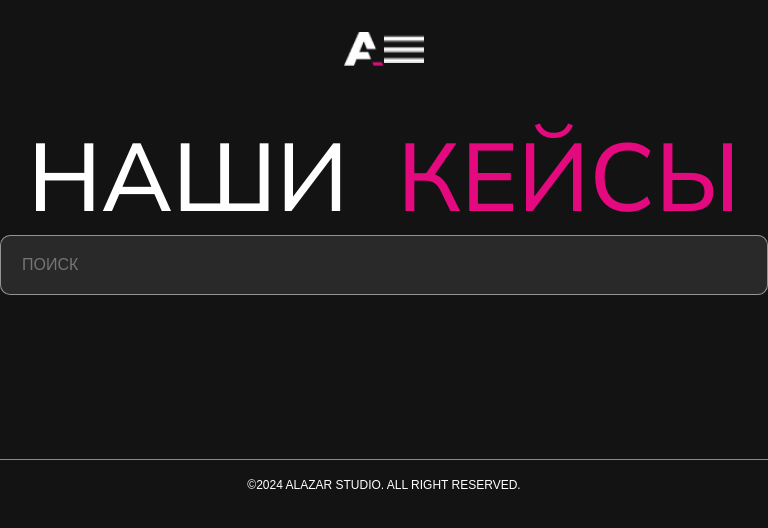
Repository: AlazarStudio/alazar_studio
Page: /cases
An editor plug-in stored every save of this project. The page is shown before and after the next save, followed by the edit.
The browser window is 768 px wide. The pictures show the whole page.
The page's requests for data from a server got no answer. The project was rebuilt for these pictures with package versions that can differ from the ones it lists, and the page was loaded fresh each time. No one was signed in, and anything a server would have sent is missing. Also part of the build but not shown: vite.config.js, src/Components/Pages/Non_Found_Page.jsx, src/Components/Standart/CenterBlock/CenterBlock.module.css, src/Components/Standart/CenterBlock/CenterBlock.jsx, src/Components/Standart/WidthBlock/WidthBlock.module.css, src/Components/Standart/WidthBlock/WidthBlock.jsx, src/Components/Pages/HomePage/HomePage.module.css, src/Components/Pages/HomePage/HomePage.jsx and 13 more.

Above is the page before, as saved 2025-05-06 16:13:37.

After the next save:
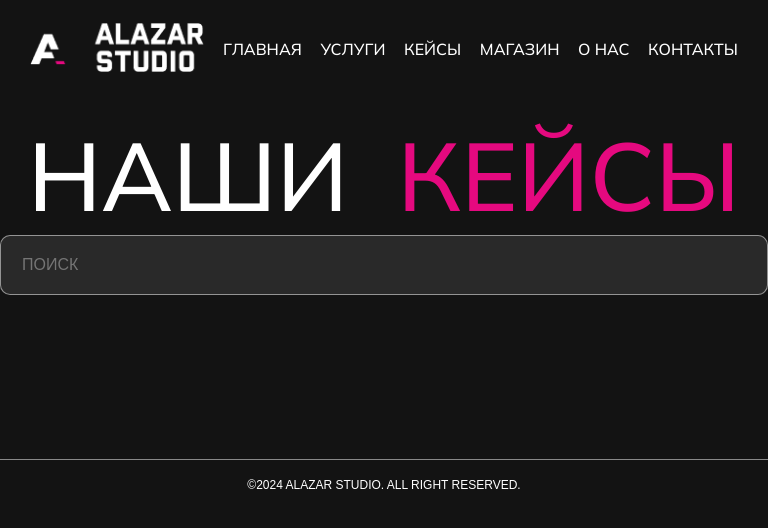
Saved 21 s later.
--- a/src/Components/Blocks/Header/Header.module.css
+++ b/src/Components/Blocks/Header/Header.module.css
@@ -128,69 +128,7 @@
     font-family: 'Mulish', sans-serif;
   }
 
-  /* Скрываем мобильное меню по умолчанию */
-  .containerNavMobile {
-    display: none;
-  }
 
-  @media (max-width: 768px) {
-    .containerNav {
-      display: none;
-    }
-
-    .containerNavMobile {
-      display: flex;
-      justify-content: space-between;
-      align-items: center;
-      height: 98px;
-      background: transparent;
-      transition: background 0.3s ease-in-out;
-      padding: 0;
-    }
-
-    .logoMobile {
-      width: 40px;
-    }
-
-    /* Иконка меню для мобильных */
-    .menuIcon {
-      width: 40px;
-      cursor: pointer;
-    }
-
-    /* Стили для меню */
-    .menu {
-      position: fixed;
-      top: 0;
-      right: -250px;
-      width: 250px;
-      height: 100%;
-      background-color: #333;
-      color: #fff;
-      transition: right 0.3s ease;
-    }
-
-    /* Меню открывается */
-    .menu.open {
-      right: 0;
-    }
-
-    .menu ul {
-      list-style-type: none;
-      padding: 20px;
-      margin: 0;
-    }
-
-    .menu li {
-      margin: 20px 0;
-    }
-
-    .menu a {
-      color: #fff;
-      text-decoration: none;
-      font-size: 18px;
-    }
-  }
 
 
 }

After the save that followed:
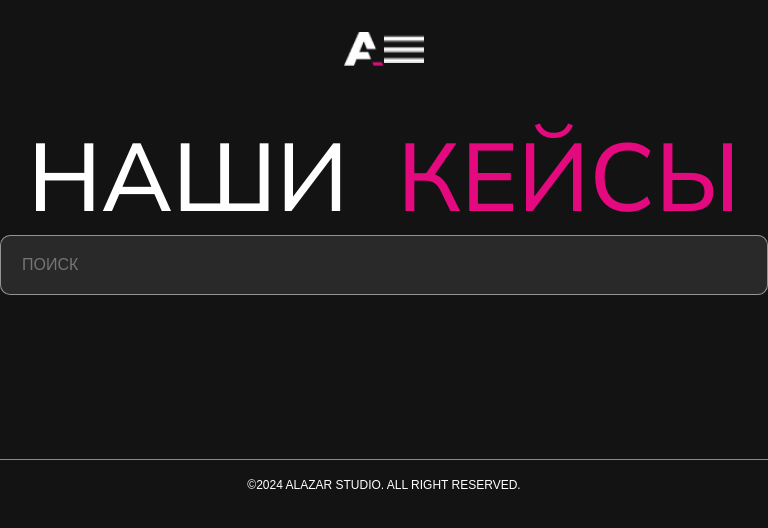
Saved 10 s later.
--- a/src/Components/Blocks/Header/Header.module.css
+++ b/src/Components/Blocks/Header/Header.module.css
@@ -128,7 +128,69 @@
     font-family: 'Mulish', sans-serif;
   }
 
+  /* Скрываем мобильное меню по умолчанию */
+  .containerNavMobile {
+    display: none;
+  }
 
+  @media (max-width: 768px) {
+    .containerNav {
+      display: none;
+    }
+
+    .containerNavMobile {
+      display: flex;
+      justify-content: space-between;
+      align-items: center;
+      height: 98px;
+      background: transparent;
+      transition: background 0.3s ease-in-out;
+      padding: 0;
+    }
+
+    .logoMobile {
+      width: 40px;
+    }
+
+    /* Иконка меню для мобильных */
+    .menuIcon {
+      width: 40px;
+      cursor: pointer;
+    }
+
+    /* Стили для меню */
+    .menu {
+      position: fixed;
+      top: 0;
+      right: -250px;
+      width: 250px;
+      height: 100%;
+      background-color: #333;
+      color: #fff;
+      transition: right 0.3s ease;
+    }
+
+    /* Меню открывается */
+    .menu.open {
+      right: 0;
+    }
+
+    .menu ul {
+      list-style-type: none;
+      padding: 20px;
+      margin: 0;
+    }
+
+    .menu li {
+      margin: 20px 0;
+    }
+
+    .menu a {
+      color: #fff;
+      text-decoration: none;
+      font-size: 18px;
+    }
+  }
 
 
 }
